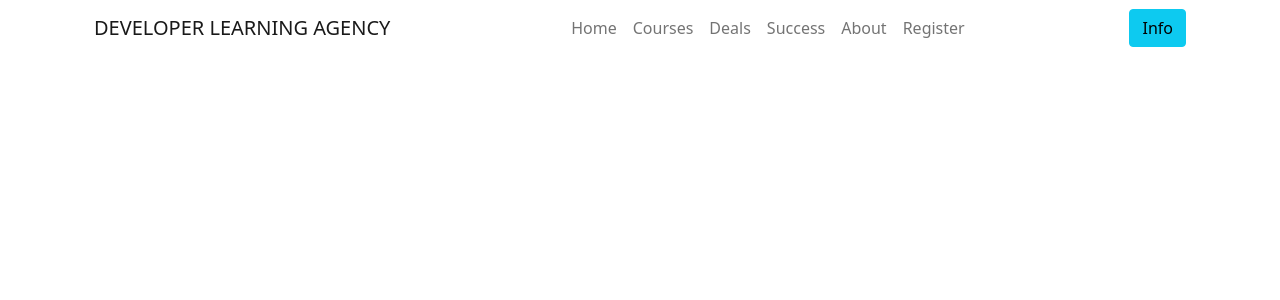
Repository: zjria/developer-learning-agency
Page: index.html
The author's editor kept a copy of each file at every save. The page is drawn from the files as they stood at one save, then again after the next save.
The browser window is 1280 px wide. The pictures show the whole page.

Above is the page before, as saved 2022-10-11 10:37:45.

### index.html
<!DOCTYPE html>
<html lang="en">

<head>
    <meta charset="UTF-8">
    <meta http-equiv="X-UA-Compatible" content="IE=edge">
    <meta name="viewport" content="width=device-width, initial-scale=1.0">
    <title>developer learning agency</title>
    <!-- Bootstrap CSS Link -->
    <link href="https://cdn.jsdelivr.net/npm/bootstrap@5.0.2/dist/css/bootstrap.min.css" rel="stylesheet"
        integrity="sha384-EVSTQN3/azprG1Anm3QDgpJLIm9Nao0Yz1ztcQTwFspd3yD65VohhpuuCOmLASjC" crossorigin="anonymous">

    <!-- custom css link -->
    <link rel="stylesheet" href="css/style.css">
</head>

<body>
    <!-- <h1 class="text-center bg-success">Avoid hatred</h1> -->

    <!-- Header Section Start -->
    <header>
        <section class="container">
            <nav class="navbar navbar-expand-lg navbar-light">
                <div class="container-fluid">
                    <a class="navbar-brand text-uppercase" href="#">Developer learning agency</a>
                    <button class="navbar-toggler" type="button" data-bs-toggle="collapse"
                        data-bs-target="#navbarSupportedContent" aria-controls="navbarSupportedContent"
                        aria-expanded="false" aria-label="Toggle navigation">
                        <span class="navbar-toggler-icon"></span>
                    </button>
                    <div class="collapse navbar-collapse" id="navbarSupportedContent">

                        <ul class="navbar-nav m-auto mb-2 mb-lg-0">
                            <li class="nav-item">
                                <a class="nav-link" href="#">Home</a>
                            </li>
                            <li class="nav-item">
                                <a class="nav-link" href="#">Courses</a>
                            </li>
                            <li class="nav-item">
                                <a class="nav-link" href="#">Deals</a>
                            </li>
                            <li class="nav-item">
                                <a class="nav-link" href="#">Success</a>
                            </li>
                            <li class="nav-item">
                                <a class="nav-link" href="#">About</a>
                            </li>
                            <li class="nav-item">
                                <a class="nav-link" href="#">Register</a>
                            </li>
                        </ul>

                        <button type="button" class="btn btn-info">Info</button>
                    </div>
                </div>
            </nav>
        </section>
    </header>









    <!-- Bootstrap JS link -->
    <script src="https://cdn.jsdelivr.net/npm/@popperjs/core@2.9.2/dist/umd/popper.min.js"
        integrity="sha384-IQsoLXl5PILFhosVNubq5LC7Qb9DXgDA9i+tQ8Zj3iwWAwPtgFTxbJ8NT4GN1R8p" crossorigin="anonymous">
    </script>
    <script src="https://cdn.jsdelivr.net/npm/bootstrap@5.0.2/dist/js/bootstrap.min.js"
        integrity="sha384-cVKIPhGWiC2Al4u+LWgxfKTRIcfu0JTxR+EQDz/bgldoEyl4H0zUF0QKbrJ0EcQF" crossorigin="anonymous">
    </script>

</body>

</html>

Loaded but not shown: css/style.css (no copy from this time; the picture is the same without it)

After the next save:
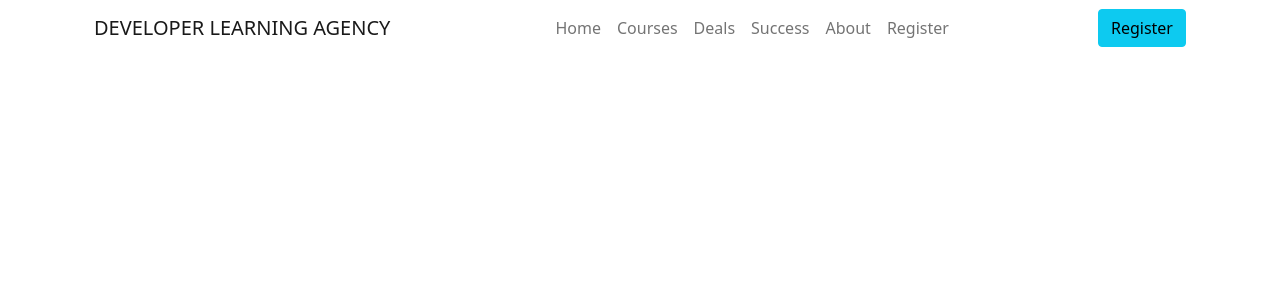
Saved 28 s later.
--- a/index.html
+++ b/index.html
@@ -51,7 +51,7 @@
                             </li>
                         </ul>
 
-                        <button type="button" class="btn btn-info">Info</button>
+                        <button type="button" class="btn btn-info">Register</button>
                     </div>
                 </div>
             </nav>
